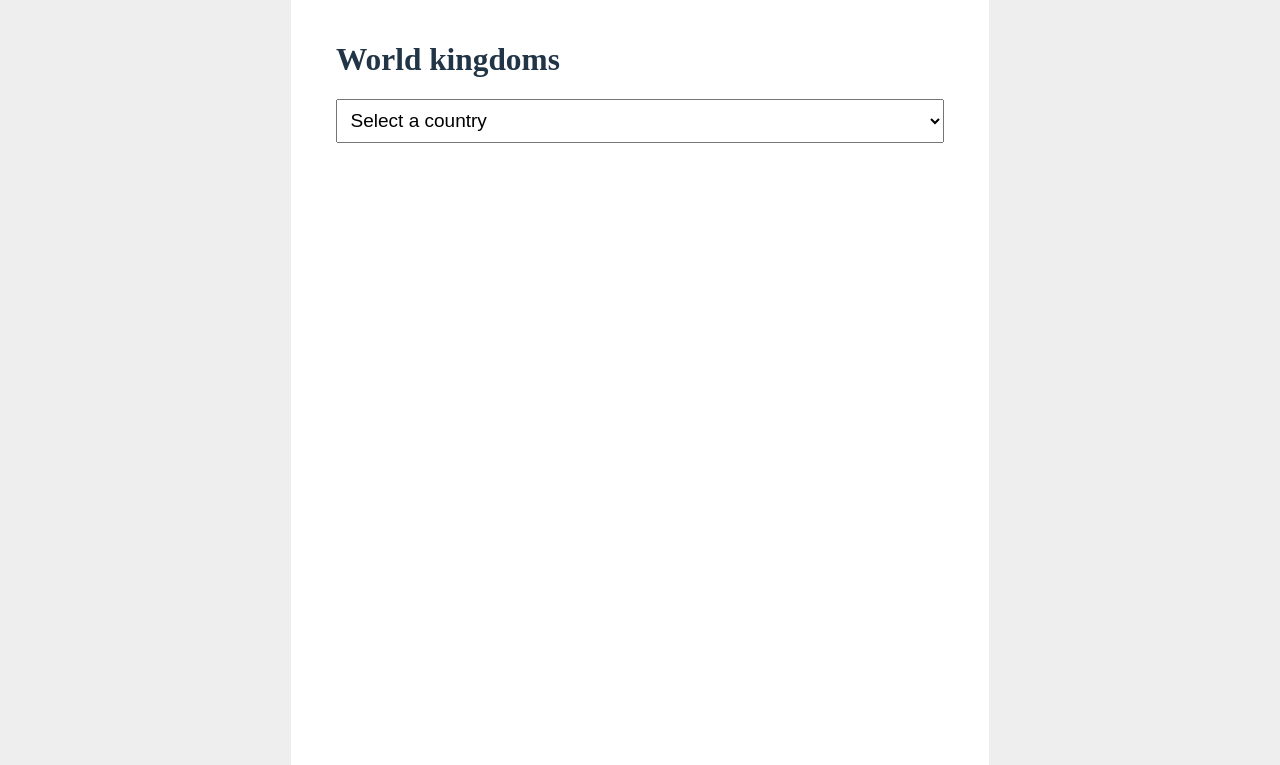
Repository: SamanthaYan298/my_world_kingdoms
Page: /
These files come from the project's save history. The page is drawn as it stood at one moment and after the next save; the edit follows.
The browser window is 1280 px wide. The pictures show the whole page.
The page's requests for data from a server got no answer. The project was rebuilt for these pictures with package versions that can differ from the ones it lists, and the page was loaded fresh each time. No one was signed in, and anything a server would have sent is missing. Also part of the build but not shown: vite.config.js.

Above is the page before, as saved 2024-11-20 18:34:46.

### src/App.jsx
import { useEffect, useState } from 'react'
import './App.css'
import Countries from '../components/Countries';

function App() {

  const [query, setQuery] = useState('');
  const [countries, setCountries] = useState([]);
  const [fetchStatus, setFetchStatus] = useState('idle');

  // load data on mount - only load once
  useEffect(() => {
    const url = ` https://restcountries.com/v3.1/name/kingdom`;

    async function fetchData() {
      let response, data;
      try{
        setFetchStatus('loading');
        response = await fetch(url);
        data = await response.json();
        setCountries(data);
        setFetchStatus('idle');
      } catch(e) {
        setFetchStatus('error');
        console.error(e.message);
      }
    }

    fetchData();

  }, [query]);

  let filteredCountries = [...countries];

  return (
    <>
    <div className='countries'>
      <h1>World kingdoms</h1>
      <select id="countries">
      <option>Select a country</option>
        <option value="NO">Norway</option>
        <option value="TO">Tonga</option>
        <option value="LS">Lesotho</option>
        <option value="SE">Sweden</option>
        <option value="SZ">Eswatini</option>
        <option value="MA">Morocco</option>
        <option value="BT">Bhutan</option>
        <option value="JO">Jordan</option>
        <option value="NL">Netherlands</option>
        <option value="SA">Saudi Arabia</option>
        <option value="DK">Denmark</option>
        <option value="BH">Bahrain</option>
        <option value="BE">Belgium</option>
        <option value="ES">Spain</option>
        <option value="KH">Cambodia</option>
        <option value="GB">United Kingdom</option>
        <option value="TH">Thailand</option>
      </select>
      <Countries countries={filteredCountries} />
    </div>

    </>
  )
}

export default App

### src/App.css
#root {
  width: 100%;
  height: 100%;
  margin: 0 auto;
  padding: 0 2rem;
  text-align: center;
  background-color: #eee;
  font-family: "DM Serif Text", serif;
  font-weight: 400;
  font-style: normal;
}

h1 {
  display: block;
  margin-block-start: 0.67em;
  margin-block-end: 0.67em;
  margin-inline-start: 0px;
  margin-inline-end: 0px;
  font-weight: bold;
  unicode-bidi: isolate;
  text-align: left;
  font-size: 1.4em;
}

.countries {
  width: 50%;
  background: #fff;
  margin: 0 auto;
  padding: 1em 2em;
  height: 100vh;
  text-align: left;
  font-size: 1.4em;
}

img {
  width: 50%;
}

p {
  padding: 0;
}

select {
  font-size: 0.85em;
  padding: .5em;
  display: inline-block;
  width: 100%;
}

### components/Countries.jsx
import '../src/App.css'

function Countries({ countries }) {

    return (
      <div className='outer-container'>
        {countries.map((country, index) => (
            <div key={index} className='cards-container'>
              <h1>{country.name.official}</h1>
              <img src={country.flags.png} alt={`Flag of ${country.name.common}`} />
              <h4 className='name'>{country.name.common}</h4>
              <div className='country-info'>
                <p>
                  <span><strong>Capital: </strong></span>
                  <span>{country.capital}</span>
                </p>
                <p>
                  <span><strong>Location in: </strong></span>
                  <span className='borders'>{country.subregion}</span>
                </p>
              </div>
            </div>
          ))}
      </div>
    );
  }

  export default Countries;

Loaded but not shown: index.html (common file); src/main.jsx (common file); src/index.css (common file)

After the next save:
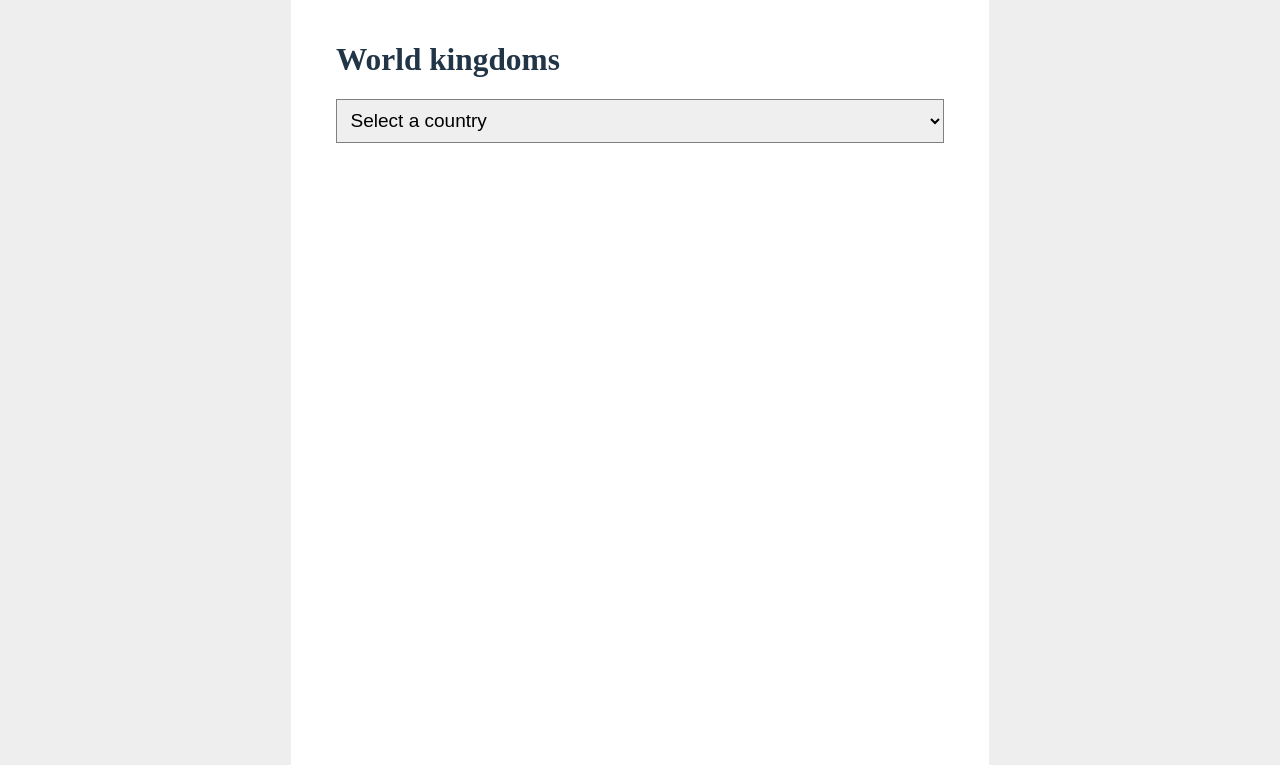
Saved 30 s later.
--- a/src/App.css
+++ b/src/App.css
@@ -45,4 +45,5 @@ select {
   padding: .5em;
   display: inline-block;
   width: 100%;
+  border-color: gray;
 }
